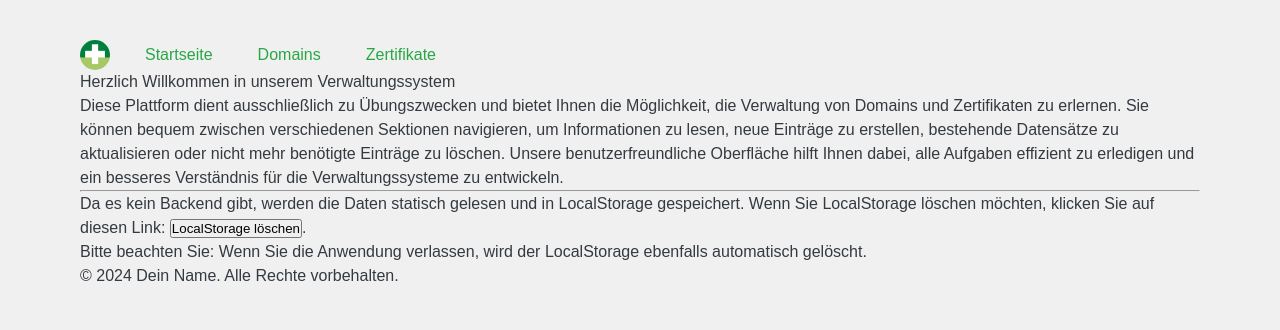
Repository: bajricadmir/verwaltungssystem-vanilla-html-css
Page: index.html
The author's editor kept a copy of each file at every save. The page is drawn from the files as they stood at one save, then again after the next save.
The browser window is 1280 px wide. The pictures show the whole page.

Above is the page before, as saved 2024-10-14 11:04:02.

After the next save:
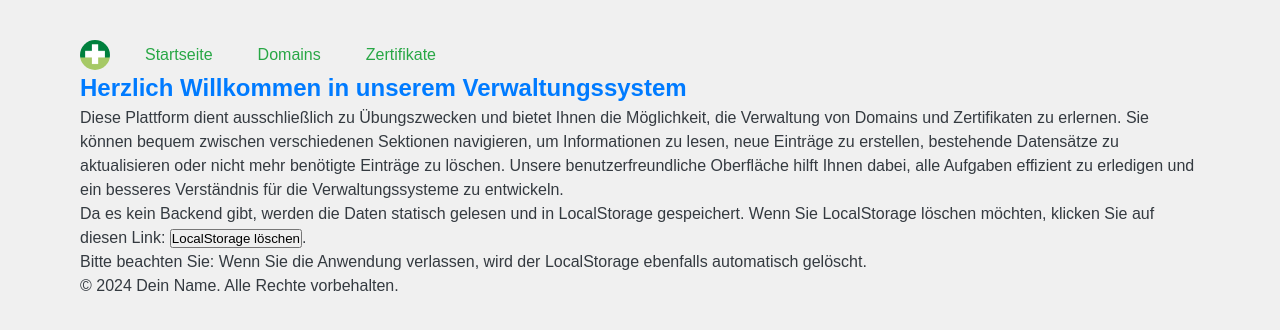
Saved 3 min 57 s later.
--- a/index.html
+++ b/index.html
@@ -32,30 +32,29 @@
 
     <main>
       <section>
-        <div class="alert">
-          <div class="alert-heading">
-            Herzlich Willkommen in unserem Verwaltungssystem
-          </div>
-          <p>
-            Diese Plattform dient ausschließlich zu Übungszwecken und bietet
-            Ihnen die Möglichkeit, die Verwaltung von Domains und Zertifikaten
-            zu erlernen. Sie können bequem zwischen verschiedenen Sektionen
-            navigieren, um Informationen zu lesen, neue Einträge zu erstellen,
-            bestehende Datensätze zu aktualisieren oder nicht mehr benötigte
-            Einträge zu löschen. Unsere benutzerfreundliche Oberfläche hilft
-            Ihnen dabei, alle Aufgaben effizient zu erledigen und ein besseres
-            Verständnis für die Verwaltungssysteme zu entwickeln.
-          </p>
-          <hr />
-          <p>
-            Da es kein Backend gibt, werden die Daten statisch gelesen und in
-            LocalStorage gespeichert. Wenn Sie LocalStorage löschen möchten,
-            klicken Sie auf diesen Link:
-            <button type="button" class="btn">LocalStorage löschen</button
-            >.<br />Bitte beachten Sie: Wenn Sie die Anwendung verlassen, wird
-            der LocalStorage ebenfalls automatisch gelöscht.
-          </p>
-        </div>
+        <h1 class="alert-heading">
+          Herzlich Willkommen in unserem Verwaltungssystem
+        </h1>
+        <p>
+          Diese Plattform dient ausschließlich zu Übungszwecken und bietet Ihnen
+          die Möglichkeit, die Verwaltung von Domains und Zertifikaten zu
+          erlernen. Sie können bequem zwischen verschiedenen Sektionen
+          navigieren, um Informationen zu lesen, neue Einträge zu erstellen,
+          bestehende Datensätze zu aktualisieren oder nicht mehr benötigte
+          Einträge zu löschen. Unsere benutzerfreundliche Oberfläche hilft Ihnen
+          dabei, alle Aufgaben effizient zu erledigen und ein besseres
+          Verständnis für die Verwaltungssysteme zu entwickeln.
+        </p>
+      </section>
+      <section>
+        <p>
+          Da es kein Backend gibt, werden die Daten statisch gelesen und in
+          LocalStorage gespeichert. Wenn Sie LocalStorage löschen möchten,
+          klicken Sie auf diesen Link:
+          <button type="button" class="btn">LocalStorage löschen</button>.<br />
+          Bitte beachten Sie: Wenn Sie die Anwendung verlassen, wird der
+          LocalStorage ebenfalls automatisch gelöscht.
+        </p>
       </section>
     </main>
 
